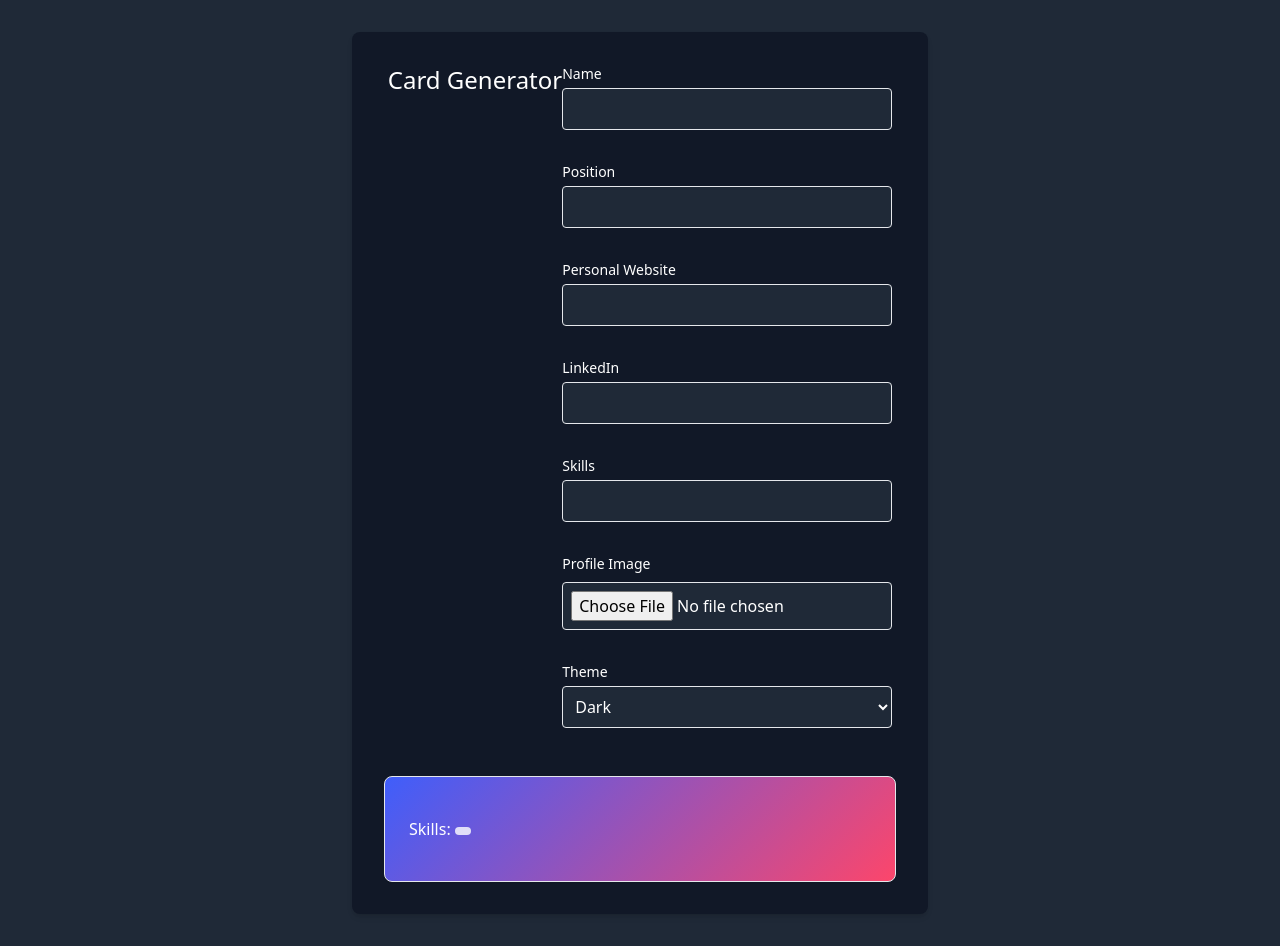
Repository: SmanSayeed/card-generator-react-application
Page: /
These files come from the project's save history. The page is drawn as it stood at one moment and after a run of saves; the edit follows.
The browser window is 1280 px wide. The pictures show the whole page.
The project was rebuilt for these pictures with package versions that can differ from the ones it lists, and the page was loaded fresh each time. Also part of the build but not shown: vite.config.js.

Above is the page before, as saved 2024-09-24 16:25:42.

### src/main.jsx
import { StrictMode } from 'react'
import { createRoot } from 'react-dom/client'
import './index.css';
import App from './App';
import { Provider } from 'react-redux';
import { configureStore } from '@reduxjs/toolkit';
import { persistStore } from 'redux-persist';
import { PersistGate } from 'redux-persist/integration/react';
import cardReducer from './features/cardSlice';

const store = configureStore({
  reducer: {
    card: cardReducer,
  },
});
const persistor = persistStore(store);
createRoot(document.getElementById('root')).render(
  <StrictMode>
     <Provider store={store}>
     <PersistGate loading={null} persistor={persistor}>
    <App />
    </PersistGate>
    </Provider>
  </StrictMode>,
)

### src/App.jsx
import React from 'react';
import { useDispatch, useSelector } from 'react-redux';
import { updateField, setTheme } from './features/cardSlice';
import './App.css';
import CardGenerator from './components/template/CardGenerator';

const themes = {
  dark: "bg-gray-800 text-white",
  light: "bg-white text-black",
  green: "bg-green-200 text-black",
  blue: "bg-blue-200 text-black",
  minimal: "bg-gray-200 text-black",
};

function App() {

  return (
    <div className="p-8 min-h-screen bg-gray-800 text-white">
    <CardGenerator />
  </div>
  );
}

export default App;

### src/features/cardSlice.js
import { createSlice } from '@reduxjs/toolkit';
import { persistReducer } from 'redux-persist';
import storage from 'redux-persist/lib/storage';

const cardSlice = createSlice({
  name: 'card',
  initialState: {
    name: '',
    position: '',
    profileImage: '',
    personalWebsite: '',
    linkedin: '',
    skills: '',
    theme: 'dark', // default theme
  },
  reducers: {
    updateField: (state, action) => {
      const { field, value } = action.payload;
      state[field] = value;
    },
    setTheme: (state, action) => {
      state.theme = action.payload;
    },
  },
});

const persistConfig = {
  key: 'root',
  storage,
};

const persistedReducer = persistReducer(persistConfig, cardSlice.reducer);

export const { updateField, setTheme } = cardSlice.actions;
export default persistedReducer;

### src/App.css
.body.dark-mode {
  background: black;
  color: white;
  font-family: 'Arial', sans-serif;
}
ul {
  list-style: none;
  padding: 0;
}
.badge {
  display: inline-block;
  font-size: 0.875em;
  margin-right: 0.25rem;
  padding: 0.25rem 0.5rem;
  background: rgba(255,255,255,0.8);
}
.card {
  background: linear-gradient(135deg, rgba(63,94,251,1) 0%, rgba(252,70,107,1) 100%);
}

### src/components/template/CardGenerator.jsx
import React from "react";

import html2canvas from "html2canvas";
import jsPDF from "jspdf";
import CardForm from "../organisms/CardForm";
import Card from "../organisms/Card";
import Button from "../atoms/Button";

const CardGenerator = () => {
  const downloadCard = () => {
    const input = document.getElementById("card");
    html2canvas(input).then((canvas) => {
      const imgData = canvas.toDataURL("image/png");
      const pdf = new jsPDF();
      pdf.addImage(imgData, "PNG", 0, 0);
      pdf.save("card.pdf");
    });
  };

  return (
    <div className="max-w-xl mx-auto bg-gray-900 text-white p-8 rounded-lg shadow-md">
      <div className="flex justify-center align-items-center">
      <h1 className="text-2xl mb-4">Card Generator</h1>
      <CardForm />
      </div>

      <div id="card">
        <Card />
      </div>

    </div>
  );
};

export default CardGenerator;

### src/components/organisms/CardForm.js
import React from 'react';
import FormField from '../molecules/FormField';
import Button from '../atoms/Button';
import { useDispatch, useSelector } from 'react-redux';
import { updateField, setTheme } from '../../features/cardSlice';

const CardForm = () => {
  const dispatch = useDispatch();
  const card = useSelector((state) => state.card);

  const handleChange = (e) => {
    const { name, value } = e.target;
    dispatch(updateField({ field: name, value }));
  };

  const handleThemeChange = (e) => {
    dispatch(setTheme(e.target.value));
  };

  return (
    <form className="grid grid-cols-1 gap-4">
      <FormField type="text" label="Name" name="name" value={card.name} onChange={handleChange} />
      <FormField type="text" label="Position" name="position" value={card.position} onChange={handleChange} />
      <FormField type="text" label="Personal Website" name="personalWebsite" value={card.personalWebsite} onChange={handleChange} />
      <FormField type="text" label="LinkedIn" name="linkedin" value={card.linkedin} onChange={handleChange} />
      <FormField type="text" label="Skills" name="skills" value={card.skills} onChange={handleChange} />
      <FormField type="file" label="Profile Image" onChange={(e) => handleChange({ target: { name: 'profileImage', value: URL.createObjectURL(e.target.files[0]) } })} />
      <FormField type="select" label="Theme" name="theme" value={card.theme} onChange={handleThemeChange} options={[
        { value: 'dark', label: 'Dark' },
        { value: 'light', label: 'Light' },
        { value: 'green', label: 'Green' },
        { value: 'blue', label: 'Blue' },
        { value: 'minimal', label: 'Minimal' },
      ]} />
    </form>
  );
};

export default CardForm;

### src/components/organisms/Card.js
import React from 'react';
import { useSelector } from 'react-redux';

const themes = {
  dark: 'bg-gray-800 text-white',
  light: 'bg-white text-black',
  green: 'bg-green-200 text-black',
  blue: 'bg-blue-200 text-black',
  minimal: 'bg-gray-200 text-black',
};

const Card = () => {
  const card = useSelector((state) => state.card);

  return (
    <div className={`card mt-8 p-6 rounded-lg border shadow-sm ${themes[card.theme]}`}>
      <div className="flex items-center mb-4">
        {card.profileImage && (
          <img src={card.profileImage} alt="Profile" className="w-12 h-12 rounded-full mr-4" />
        )}
        <div>
          <h2 className="text-xl">{card.name}</h2>
          <p>{card.position}</p>
        </div>
      </div>

      <div className="mb-4">
        <a href={card.personalWebsite} target="_blank" className="block">
          {card.personalWebsite}
        </a>
        <a href={card.linkedin} target="_blank" className="block">
          {card.linkedin}
        </a>
      </div>

      <div className="mb-4">
        <p>
          Skills: {card.skills.split(',').map((skill) => (
            <span key={skill} className="badge bg-gray-200 text-black p-1 rounded mr-1">
              {skill}
            </span>
          ))}
        </p>
      </div>

      <div className="mt-4">
        <a href={card.personalWebsite} target="_blank" className="block mt-2 text-sm">
          {card.personalWebsite}
        </a>
      </div>
    </div>
  );
};

export default Card;

### src/components/molecules/FormField.js
import React from 'react';
import TextInput from '../atoms/TextInput';
import FileInput from '../atoms/FileInput';
import SelectInput from '../atoms/SelectInput';

const FormField = ({ type, ...props }) => {
  switch (type) {
    case 'text':
      return <TextInput {...props} />;
    case 'file':
      return <FileInput {...props} />;
    case 'select':
      return <SelectInput {...props} />;
    default:
      return null;
  }
};

export default FormField;

### src/components/atoms/textInput.js
import React from 'react';

const TextInput = ({ label, name, value, onChange, ...props }) => (
  <div className="mb-4">
    {label && <label className="block text-sm mb-1">{label}</label>}
    <input
      type="text"
      name={name}
      value={value}
      onChange={onChange}
      className="p-2 bg-gray-800 border rounded w-full"
      {...props}
    />
  </div>
);

export default TextInput;

### src/components/atoms/fileInput.js
import React from 'react';

const FileInput = ({ label, name, onChange }) => (
  <div className="mb-4">
    {label && <label className="block text-sm mb-1">{label}</label>}
    <input
      type="file"
      name={name}
      onChange={onChange}
      className="mt-1 p-2 bg-gray-800 border rounded w-full"
    />
  </div>
);

export default FileInput;

### src/components/atoms/selectInput.js
import React from 'react';

const SelectInput = ({ label, name, value, onChange, options }) => (
  <div className="mb-4">
    {label && <label className="block text-sm mb-1">{label}</label>}
    <select
      name={name}
      value={value}
      onChange={onChange}
      className="p-2 bg-gray-800 border rounded w-full"
    >
      {options.map((option, index) => (
        <option key={index} value={option.value}>
          {option.label}
        </option>
      ))}
    </select>
  </div>
);

export default SelectInput;

### tailwind.config.js
// tailwind.config.js
/** @type {import('tailwindcss').Config} */
export default {
  content: ["./index.html", "./src/**/*.{js,ts,jsx,tsx}"],
  theme: {
    extend: {},
  },
  plugins: [],
};

### src/components/atoms/Button.js
import React from 'react';

const Button = ({ onClick, children, ...props }) => (
  <button
    onClick={onClick}
    className="mt-4 w-full p-2 bg-blue-600 text-white rounded"
    {...props}
  >
    {children}
  </button>
);

export default Button;

Loaded but not shown: index.html (common file); src/index.css (common file)

After the next 4 saves:
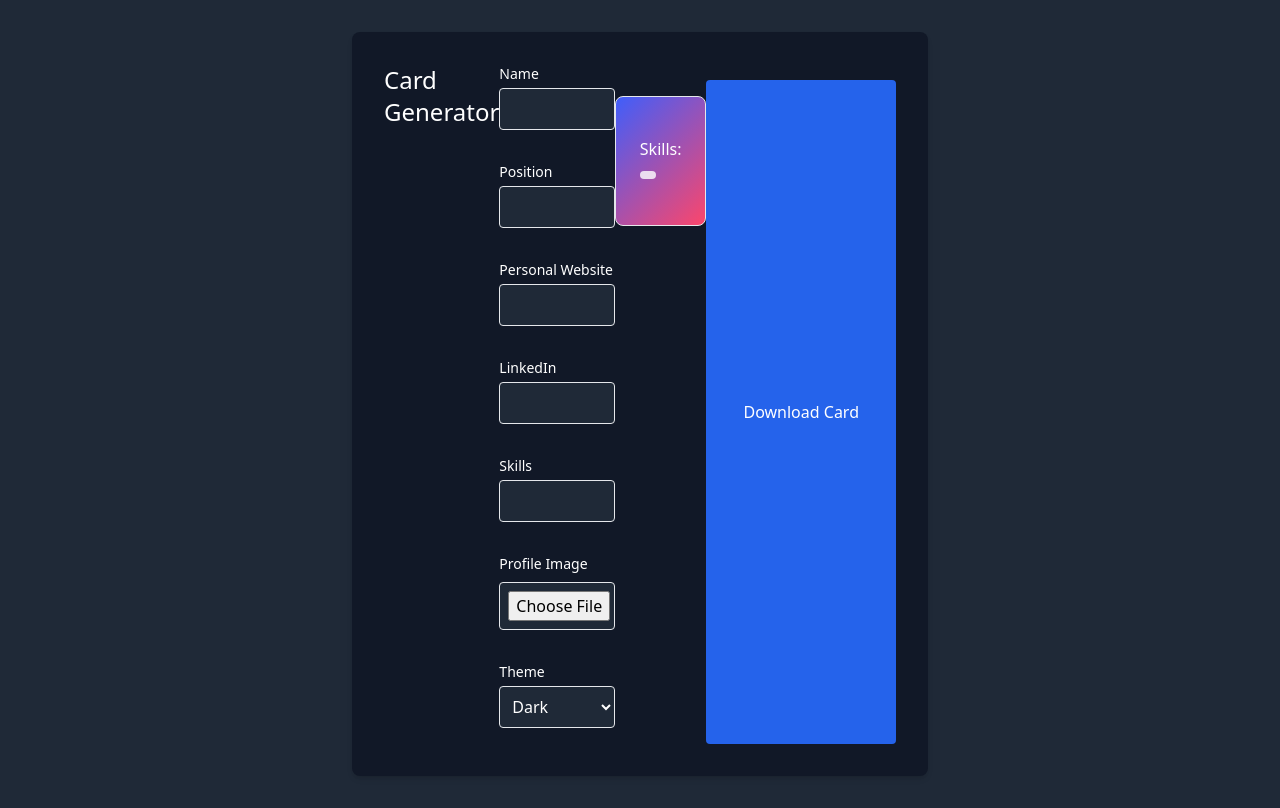
The 4 saves are shown as one change because they came seconds apart.
The last was saved 9 s later.
--- a/src/components/template/CardGenerator.jsx
+++ b/src/components/template/CardGenerator.jsx
@@ -22,11 +22,13 @@ const CardGenerator = () => {
       <div className="flex justify-center align-items-center">
       <h1 className="text-2xl mb-4">Card Generator</h1>
       <CardForm />
-      </div>
 
       <div id="card">
         <Card />
       </div>
+      <Button onClick={downloadCard}>Download Card</Button>
+      </div>
+
 
     </div>
   );
